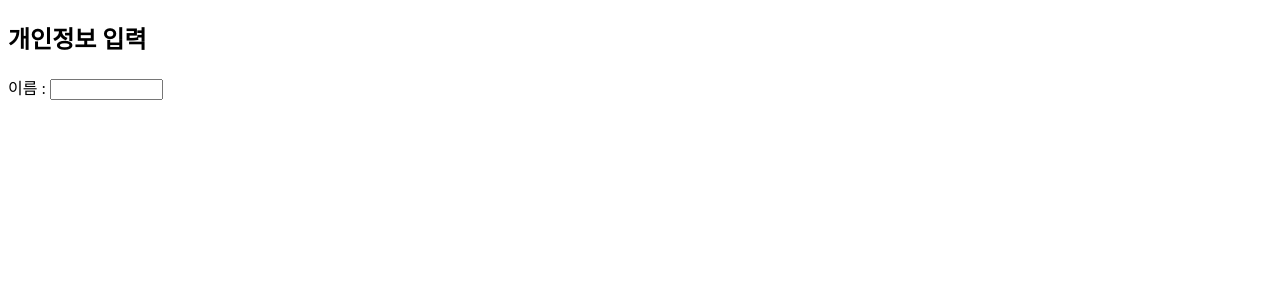
Repository: yoojinhee/JSP_study
Page: http://localhost/Test_JSP/testForm.jsp
The author's editor kept a copy of each file at every save. The page is drawn from the files as they stood at one save, then again after the next save.
The browser window is 1280 px wide. The pictures show the whole page.
The page is served by Tomcat 9. Other server files are loaded and not shown.

Above is the page before, as saved 2020-05-06 23:59:47.

### Project/Test_JSP/WebContent/testForm.jsp
<%@ page language="java" contentType="text/html; charset=UTF-8"
    pageEncoding="UTF-8"%>
<!DOCTYPE html>
<html>
<head>
<meta charset="UTF-8">
<title>Insert title here</title>
</head>
<body>
<h2>개인정보 입력</h2>
<form action="">
이름 : <input type="text" name="name" value="" size="11">
</form>
</body>
</html>

After the next save:
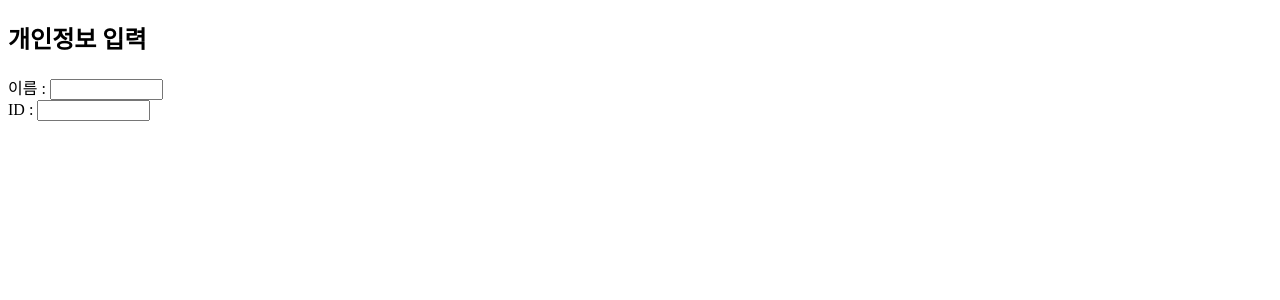
Saved 57 s later.
--- a/Project/Test_JSP/WebContent/testForm.jsp
+++ b/Project/Test_JSP/WebContent/testForm.jsp
@@ -9,7 +9,8 @@
 <body>
 <h2>개인정보 입력</h2>
 <form action="">
-이름 : <input type="text" name="name" value="" size="11">
+이름 : <input type="text" name="name" value="" size="11"><br>
+ID : <input type="text" name="id" value="" size="11"><br>
 </form>
 </body>
 </html>
